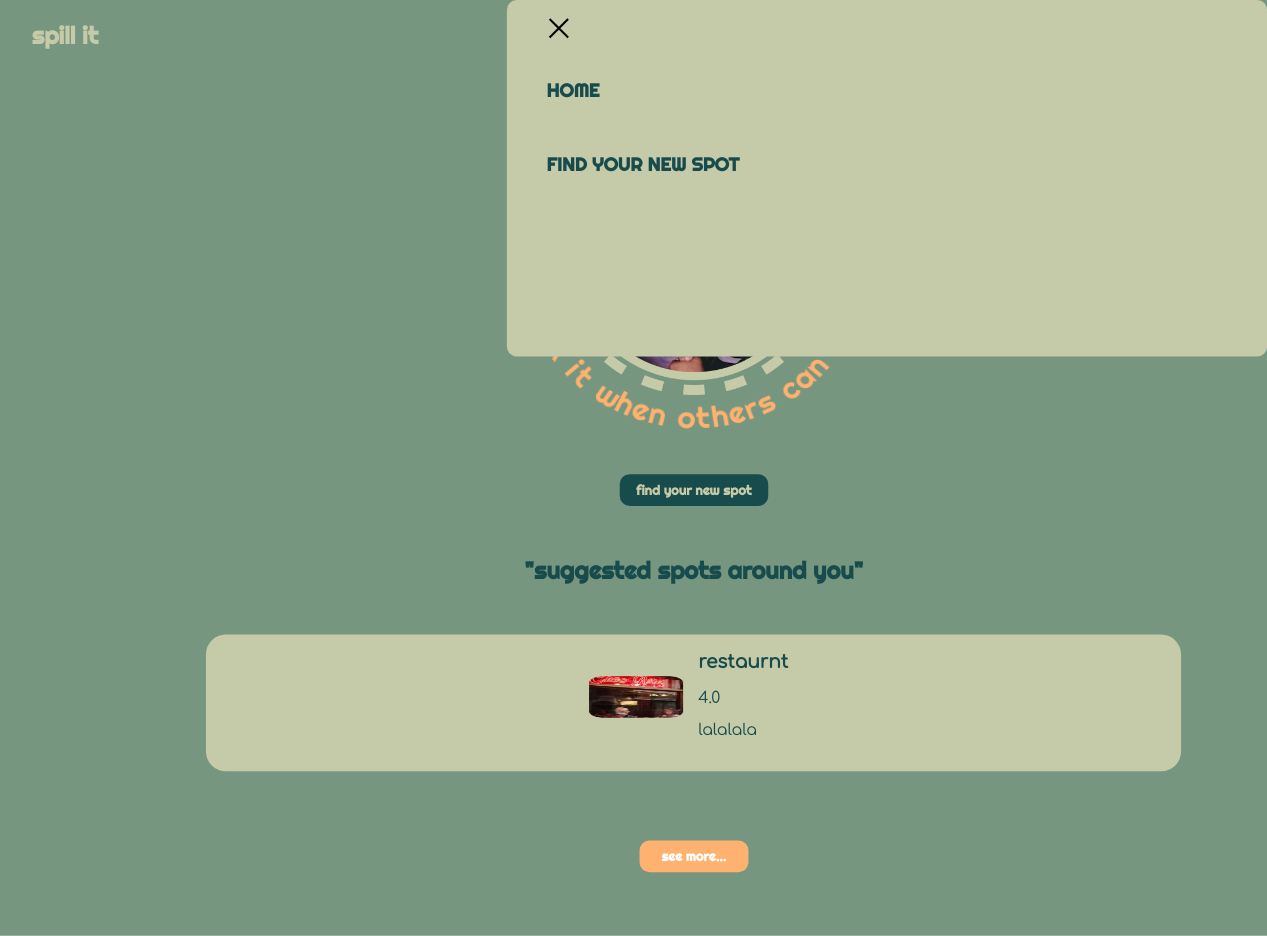
Repository: shaelorch/spillit
Page: /
The author's editor kept a copy of each file at every save. The page is drawn from the files as they stood at one save, then again after the next save.
The browser window is 1280 px wide. The pictures show the whole page, at 99% of full size.
The project was rebuilt for these pictures with package versions that can differ from the ones it lists, and the page was loaded fresh each time. The framework's server and built-in components were replaced by stand-ins that run in the browser. Also part of the build but not shown: next.config.js.

Above is the page before, as saved 2023-02-10 14:53:03.

### pages/index.js
import Head from 'next/head'
import Image from 'next/image'
import HeroCont from '../components/HeroCont'
import styles from '../styles/Home.module.css'
import Button from '../components/Button'
import SubButton from '../components/SubButton'
import RevCard from '../components/reviewCard'
import Header from '../components/Header'
import TopBar from '../components/topBAr'
import PopMenu from '../components/popMenu'



export default function Home() {
  return (
    <div className={styles.container}>
      <Head>
        <title>Create Next App</title>
        <meta name="description" content="Generated by create next app" />
        <link rel="icon" href="/favicon.ico" />

      </Head>

     <TopBar/>
     <PopMenu/>


      <main className={styles.main}>
        <HeroCont/>
        <Button />
        <Header />

        <RevCard/>
        <SubButton bttntxt='see more...'/>
      </main>


    </div>
  )
}

### styles/globals.css

@import url('https://fonts.googleapis.com/css2?family=Righteous&display=swap');
@import url('https://fonts.googleapis.com/css2?family=Comfortaa&family=Righteous&display=swap');


html,
body {
  padding: 0;
  margin: 0;
  font-family: -apple-system, BlinkMacSystemFont, Segoe UI, Roboto, Oxygen,
    Ubuntu, Cantarell, Fira Sans, Droid Sans, Helvetica Neue, sans-serif;
}

a {
  color: inherit;
  text-decoration: none;
}

* {
  box-sizing: border-box;
}

@media (prefers-color-scheme: dark) {
  html {
    color-scheme: dark;
  }
  body {
    color: white;
    background: black;
  }
}

### components/HeroCont.js
import react from "react";
import { motion } from 'framer-motion';

export default function HeroCont() {



    return (<div style={{justifyContent:'center', display:'flex', paddingBottom:80}}>

        <img src="dotted.png" style={{display:'flex', position:'relative', width:280, height:280, marginTop:-15}}/>
        <img src="heropic.png" style={{display:'flex', width:250, height:250, position:'absolute' }}/>
        <img src="wordcircle.png" style={{width:440, height:410,position:'absolute', animation:'rotation 2s infinite linear' }}/>

    </div>
    )
}

### styles/Home.module.css
.container {
  padding: 0 2rem;
  background-color: #779680;
}

.rotate {

  width:358;
  height:195;
  margin-top:-160;
  margin-Left:-40;
  animation:rotation 2s infinite linear;
}

.main {
  min-height: 100vh;
  padding: 4rem 0;
  flex: 1;
  margin-left:10%;

  display: flex;
  flex-direction: column;
  justify-content: center;
  align-items: center;
  font-family: 'Comfortaa', 'cursive';
}

.footer {
  display: flex;
  flex: 1;
  padding: 2rem 0;
  border-top: 1px solid #eaeaea;
  justify-content: center;
  align-items: center;
}

.footer a {
  display: flex;
  justify-content: center;
  align-items: center;
  flex-grow: 1;
}

.title a {
  color: #0070f3;
  text-decoration: none;
}

.title a:hover,
.title a:focus,
.title a:active {
  text-decoration: underline;
}

.title {
  margin: 0;
  line-height: 1.15;
  font-size: 4rem;
}

.title,
.description {
  text-align: center;
}

.description {
  margin: 4rem 0;
  line-height: 1.5;
  font-size: 1.5rem;
}

.code {
  background: #fafafa;
  border-radius: 5px;
  padding: 0.75rem;
  font-size: 1.1rem;
  font-family: Menlo, Monaco, Lucida Console, Liberation Mono, DejaVu Sans Mono,
    Bitstream Vera Sans Mono, Courier New, monospace;
}

.grid {
  display: flex;
  align-items: center;
  justify-content: center;
  flex-wrap: wrap;
  max-width: 800px;
}

.card {
  margin: 1rem;
  padding: 1.5rem;
  text-align: left;
  color: inherit;
  text-decoration: none;
  border: 1px solid #eaeaea;
  border-radius: 10px;
  transition: color 0.15s ease, border-color 0.15s ease;
  max-width: 300px;
}

.card:hover,
.card:focus,
.card:active {
  color: #0070f3;
  border-color: #0070f3;
}

.card h2 {
  margin: 0 0 1rem 0;
  font-size: 1.5rem;
}

.card p {
  margin: 0;
  font-size: 1.25rem;
  line-height: 1.5;
}

.logo {
  height: 1em;
  margin-left: 0.5rem;
}

@media (max-width: 600px) {
  .grid {
    width: 100%;
    flex-direction: column;
  }
}

@media (prefers-color-scheme: dark) {
  .card,
  .footer {
    border-color: #222;
  }
  .code {
    background: #111;
  }
  .logo img {
    filter: invert(1);
  }
}

### components/Button.js

export default function Button({
    bttntxt="find your new spot",
    color="#C5CAA9"
}) {

    return(
        <button style={{display:'flex',
         backgroundColor:'#184B4B',
          borderRadius:10, width:150,
           justifyContent:'center'
           , padding:8, alignContent:'center',
            color:'#C5CAA9', fontWeight:'bold',
            border:'transparent', fontFamily: 'Righteous, cursive'}}>{bttntxt}</button>
    )
}

### components/SubButton.js

export default function SubButton({
    bttntxt="find your spot",

}) {

    return(
        <div style={{paddingTop:30}}>
             <button style={{display:'flex',
         backgroundColor:'#FFB16F',
          borderRadius:10, width:110,
           justifyContent:'center'
           , padding:8, alignContent:'center',
            color:'white', fontWeight:'bold',
            border:'transparent',
            fontFamily: 'Righteous, cursive'}}>{bttntxt}</button>
        </div>

    )
}

### components/reviewCard.js



export default function RevCard({
    name="restaurnt",
    rating="4.0",
    review="lalalala"
}) {

    return (<div style={{justifyContent:'center',display:'flex', width:"90%", height:'100%', backgroundColor:'#C5CAA9',  borderRadius:20, marginBottom:40, paddingRight:20}}>

        <div style={{display:'flex', flexDirection:'row'}}>
            <img  style={{display:'flex', width:'45%', height:"30%", marginTop:"20%", marginLeft:10}} src="place.png"/>
            <div style={{lineHeight:1,paddingLeft:15, color:'#184B4B'}}>
                <h3>{name}</h3>
                <p>{rating}</p>
                <p>{review}</p>
            </div>
        </div>



    </div>

    )
}

### components/Header.js





export default function Header() {

    return (
        <h2 style={{fontFamily:'righteous, cursive', margin:50, marginLeft:'20%', marginRight:'20%', textAlign:'center', color: '#184B4B'}}>"suggested spots around you"</h2>
    )
}

### components/topBAr.js
import Link from "next/link"
import { useState } from "react"
import { GrClose } from 'react-icons/gr'
import PopMenu from "./popMenu";

export default function TopBar() {

    const [open, setOpen] = useState(false);

   const onClick = () => {
    setOpen (current => !current)
   };

    return (
        <><div style={{ display: 'flex', flexDirection: 'row', justifyContent: 'space-between', alignItems: 'center', backgroundColor: '#779680' }}>
            <Link href='/'>
                <h2 style={{ color: '#C5CAA9', fontFamily: 'righteous, cursive' }}>spill it</h2>
            </Link>
            <img
                onClick={onClick} style={{ height: 50, width: 50 }} src="menu.png" />
            {open ? <PopMenu/> : null}

        </div></>

            )
        }

### components/popMenu.js
import { GrClose } from 'react-icons/gr';
import Link from 'next/link';
import { useState } from 'react';

export default function PopMenu() {

    const [close, setClose] = useState(true);

    const handleButtonClick = () => {
        setClose(current => !current);
    }


    return (
        <div style={{display: close ? 'flex' : 'none', position:'absolute',
    backgroundColor: '#C5CAA9',borderRadius:10, width: '60%', height:'50%', right:0, top:0, zIndex:1}}>
        <ul>
            <GrClose size="25" color="#184B4B"
            onClick={handleButtonClick}/>
            <div

            style={{lineHeight:3, color:"#184B4B",
             fontFamily:'righteous, cursive'}}>

                 <Link href={'/'}><h3>HOME</h3>
                 </Link>
                <Link href={"/findASpot"}><h3>FIND YOUR NEW SPOT</h3>
                </Link>
            </div>

        </ul>


    </div>







    )
}

Loaded but not shown: pages/_app.js (common file)

After the next save:
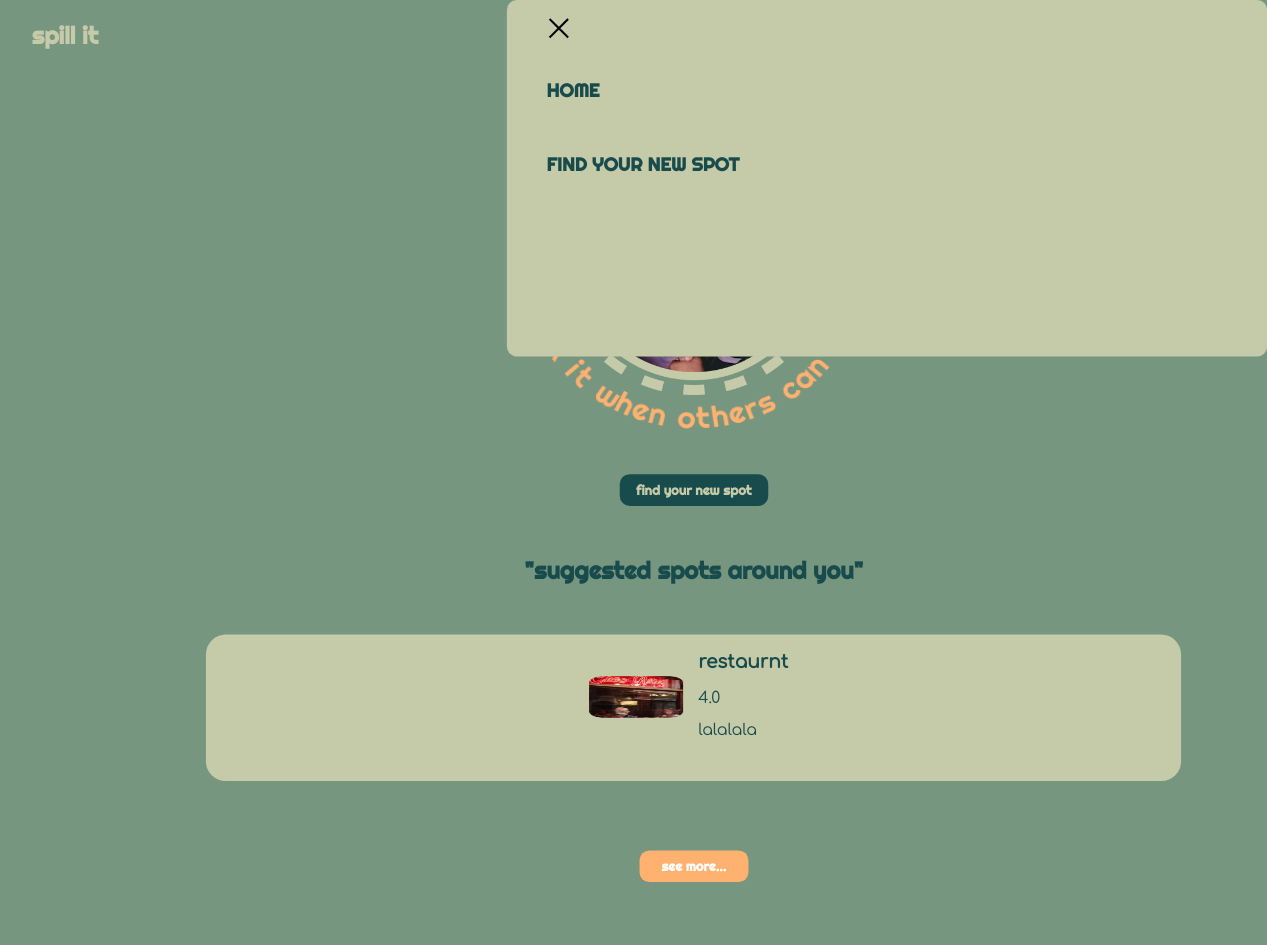
Saved 9 s later.
--- a/components/reviewCard.js
+++ b/components/reviewCard.js
@@ -7,7 +7,7 @@
     review="lalalala"
 }) {
 
-    return (<div style={{justifyContent:'center',display:'flex', width:"90%", height:'100%', backgroundColor:'#C5CAA9',  borderRadius:20, marginBottom:40, paddingRight:20}}>
+    return (<div style={{justifyContent:'center',display:'flex', width:"90%", height:'100%', backgroundColor:'#C5CAA9',  borderRadius:20, marginBottom:40, paddingRight:20, paddingBottom:10}}>
 
         <div style={{display:'flex', flexDirection:'row'}}>
             <img  style={{display:'flex', width:'45%', height:"30%", marginTop:"20%", marginLeft:10}} src="place.png"/>
